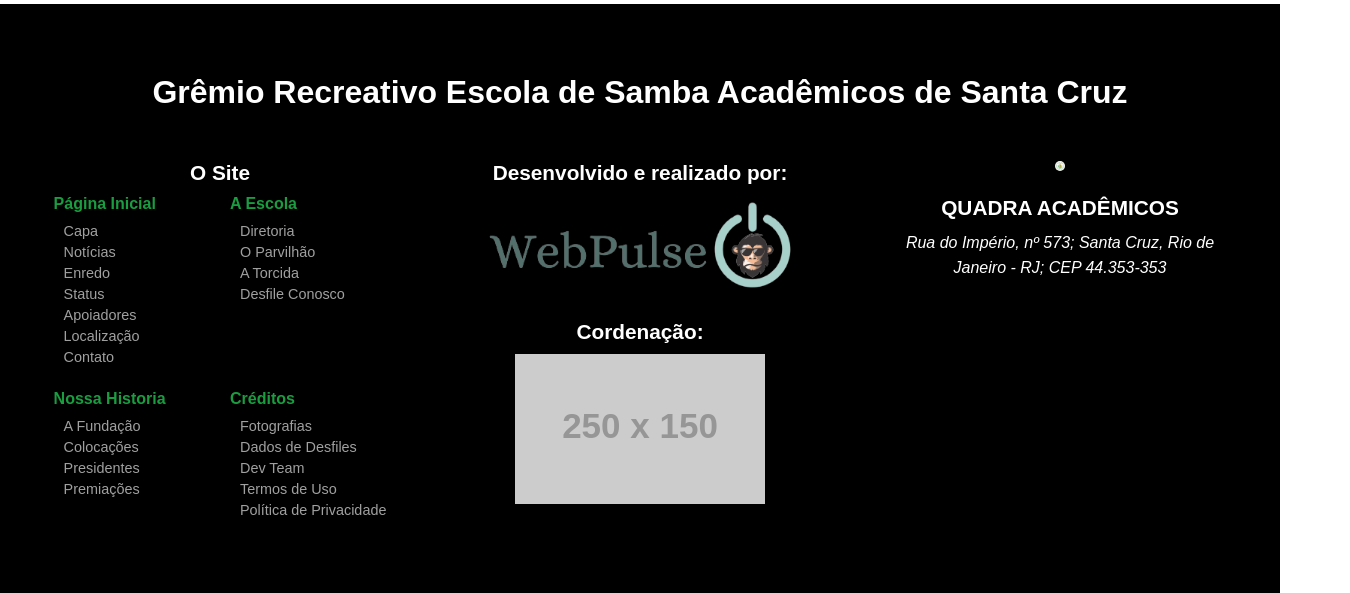
Repository: Lorsuz/gresasco
Page: index.html
The author's editor kept a copy of each file at every save. The page is drawn from the files as they stood at one save, then again after the next save.
The browser window is 1280 px wide. The page is 1350 px wide, so the pictures cover 1350 px, including what lies to the right of the window. The pictures show the part of the page from y = 3546 to 4139 px (the page is 4139 px tall).
Some web fonts or font styles are not loaded; a fallback is used. The style sheet was rebuilt from its Sass, Less or Tailwind sources for each picture, by a compiler version that may differ from the author's.

Above is the page before, as saved 2023-11-05 17:40:29.

### index.html
<!DOCTYPE html>
<html lang="en">
	<head>
		<meta charset="UTF-8">
		<meta name="viewport" content="width=device-width, initial-scale=1.0">
		<link rel="shortcut icon" href="/components/assets/images/logo - gresasc.jpg" type="image/x-icon">
		<title>Home</title>
		<link rel="stylesheet" href="/components/css/partials/header.css">
		<link rel="stylesheet" href="/components/css/index.css">
		<link rel="stylesheet" href="/components/css/partials/footer.css">
		<link rel="stylesheet" href="https://cdnjs.cloudflare.com/ajax/libs/font-awesome/6.4.2/css/all.min.css" integrity="sha512-z3gLpd7yknf1YoNbCzqRKc4qyor8gaKU1qmn+CShxbuBusANI9QpRohGBreCFkKxLhei6S9CQXFEbbKuqLg0DA==" crossorigin="anonymous" referrerpolicy="no-referrer" />
		<link rel="stylesheet" href="https://cdn.jsdelivr.net/npm/swiper@11/swiper-bundle.min.css" />
		<link rel="stylesheet" href="https://cdn.jsdelivr.net/npm/bootstrap-icons@1.11.1/font/bootstrap-icons.css">
	</head>
	<body>
		<header class="wrapper">
			<article class="nav-bar wrapper__container">
				<section class="logo">
					<img src="/components/assets/images/logo - gresasc.jpg" alt="">
				</section>
				<nav>
					<ul>
						<li><a href="#">Página Inicial</a></li>
						<li><a href="#">A Escola</a></li>
						<li><a href="#">Nossa Historia</a></li>
						<li><a href="#">Socio Torcedor</a></li>
						<li><a href="#">Créditos</a></li>
					</ul>
				</nav>
			</article>
		</header>
		<main class="">
			<section class="cover wrapper">
				<div class="wrapper__container">
					<div class="left">
						<div class="container">
							<h2>Grêmio Recreativo Escola de Samba</h2>
							<h1>Acadêmicos de Santa Cruz</h1>
							<p>Bem-vindos! Aqui o samba é vida, a cultura é paixão e a alegria é eterna. No coração de Santa Cruz,
								encontre a felicidade em cada batida de tambor. Feliz da vida é quem tem a Santa Cruz no coração.</p>
							<a href="/components/pages/not-found.html">Ir para Loja</a>
						</div>
					</div>
					<div class="right">
						<div class="img">
							<img src="/components/assets/images/logo - gresasc.jpg" alt="">
						</div>
						<ul class="social-links">
							<li>
								<a href="">
									<i class="fa-brands fa-instagram"></i>
								</a>
							</li>
							<li>
								<a href="">
									<i class="fa-brands fa-facebook"></i>
								</a>
							</li>
							<li>
								<a href="">
									<i class="fa-brands fa-youtube"></i>
								</a>
							</li>
							<li>
								<a href="">
									<i class="fa-brands fa-x-twitter"></i>
								</a>
							</li>
						</ul>
					</div>
				</div>
			</section>
			<article class="nav-info">
				<section class="contact">
					<div>
						<i class="fa-solid fa-phone"></i>
						<span>+55 (43) 9 3421-7348</span>
					</div>
					<div>
						<i class="fa-solid fa-envelope"></i>
						<span>gresasc@academicos.com</span>
					</div>
				</section>
				<p>Siga-nos e consiga a chance de ganhar 80% de desconto</p>
				<section class="social-network">
					<span>Redes Sociais:</span>
					<div>
						<a href=""><i class="fa-brands fa-twitter"></i></a>
						<a href=""><i class="fa-brands fa-instagram"></i></a>
						<a href=""><i class="fa-brands fa-youtube"></i></a>
						<a href=""><i class="fa-brands fa-facebook"></i></a>
					</div>
				</section>
			</article>
			<section class="banner">
				<div class="slides">
				</div>
				<div class="prev"></div>
				<div class="next"></div>
				<div class="pagination"></div>
				<div class="img"><img src="https://placehold.co/1350x700" alt=""></div>
			</section>
			<section class="plot wrapper">
				<div class="description">
					<h2>Enredo 2024</h2>
					<h1>As bruxas estão soltas!</h1>
					<p>O enredo "As Bruxas Estão Soltas!" celebra o poder feminino, explorando a manifestação das energias
						ancestrais através da Deusa Terra e dos quatro elementos da criação.
					</p>
					<p> A narrativa aborda a conexão entre passado e presente, destacando as mulheres que, ao longo da
						história,
						detinham conhecimentos medicinais e
						espirituais, mas foram perseguidas sob a acusação de bruxaria.
					</p>
					<p>O enredo também aborda a resistência dessas
						mulheres e sua contínua luta contra o machismo e a intolerância, honrando a força do sagrado feminino e
						a
						capacidade de voar além dos limites impostos, como estrelas brilhantes no céu.</p>
					<span>Iae, gostou? Para ter acesso a nossa sinopse completa basta baixar o PDF a baixo:</span>
					<button class="custom-button">Baixar Sinopse</button>
				</div>
				<div class="disc-cover">
					<img src="/components/assets/images/Plot/plot-2024.jpeg" alt="Logo Enredo-2024">
					<div class="icons">
						<button id="play-song">
							<i class="bi bi-play"></i>
						</button>
						<button id="pause-song">
							<i class="bi bi-pause"></i>
						</button>
					</div>
				</div>
			</section>
			<section class="sponsors">
				<h1>Patrocinadores e Apoiadores</h1>
				<div class="swiper">
					<div class="swiper-wrapper"></div>
					<div class="swiper-pagination"></div>
				</div>
			</section>
			<section class="details">
				<ul>
					<li>
						<h2>15</h2>
						<h3>Anos</h3>
					</li>
					<li>
						<h2>150K</h2>
						<h3>Membros</h3>
					</li>
					<li>
						<h2>15</h2>
						<h3>Trofeus</h3>
					</li>
					<li>vb
						<h2>100+</h2>
						<h3>Patrocinios</h3>
					</li>
				</ul>
			</section>
			<section class="map">
				<iframe src="https://www.google.com/maps/embed?pb=!1m18!1m12!1m3!1d3674.902216920123!2d-43.69324992558163!3d-22.916977238233624!2m3!1f0!2f0!3f0!3m2!1i1024!2i768!4f13.1!3m3!1m2!1s0x9bf7524c69eb5b%3A0xc5d324fb7fbbd336!2sR.%20do%20Imp%C3%A9rio%2C%20573%20-%20Santa%20Cruz%2C%20Rio%20de%20Janeiro%20-%20RJ%2C%2023555-024!5e0!3m2!1spt-BR!2sbr!4v1698871972883!5m2!1spt-BR!2sbr" width="600" height="450" style="border:0;" allowfullscreen="" loading="lazy" referrerpolicy="no-referrer-when-downgrade"></iframe>
			</section>
		</main>
		<footer>
			<h1>Grêmio Recreativo Escola de Samba Acadêmicos de Santa Cruz</h1>
			<section class="container wrapper">
				<article class="structure">
					<h2>O Site</h2>
					<ul>
						<li><a href="#">Página Inicial</a>
							<ul>
								<li><a href="">Capa</a></li>
								<li><a href="">Notícias</a></li>
								<li><a href="">Enredo</a></li>
								<li><a href="">Status</a></li>
								<li><a href="">Apoiadores</a></li>
								<li><a href="">Localização</a></li>
								<li><a href="">Contato</a></li>
							</ul>
						</li>
						<li><a href="#">A Escola</a>
							<ul>
								<li><a href="">Diretoria</a></li>
								<li><a href="">O Parvilhão</a></li>
								<li><a href="">A Torcida</a></li>
								<li><a href="">Desfile Conosco</a></li>
							</ul>
						</li>
						<li><a href="#">Nossa Historia</a>
							<ul>
								<li><a href="">A Fundação</a></li>
								<li><a href="">Colocações</a></li>
								<li><a href="">Presidentes</a></li>
								<li><a href="">Premiações</a></li>
							</ul>

						</li>
						<li><a href="#">Créditos</a>
							<ul>
								<li><a href="">Fotografias</a></li>
								<li><a href="">Dados de Desfiles</a></li>
								<li><a href="">Dev Team</a></li>
								<li><a href="">Termos de Uso</a></li>
								<li><a href="">Política de Privacidade</a></li>
							</ul>
						</li>
				</article>
				<article class="dev">
					<h2>Desenvolvido e realizado por:</h2>
					<div class="img"><img src="/components/assets/images/Logo/webpulse sem bg.png" alt="Logo do Desenvolvedor"></div>
					<h2>Cordenação:</h2>
					<img src="https://placehold.co/250x150" alt="Logo da Cordenação">
				</article>
				<article class="address">
					<img src="/components/assets/images/Logo/santa-cruz-logo-removebg-preview.png" alt="Logo da escola">
					<h2>QUADRA ACADÊMICOS</h2>
					<address>Rua do Império, nº 573; Santa Cruz, Rio de Janeiro - RJ; CEP 44.353-353</address>
				</article>
			</section>
		</footer>
		<script type="module" src="/components/js/index.js" deffer></script>
		<script src="https://cdn.jsdelivr.net/npm/swiper@11/swiper-bundle.min.js" deffer></script>
	</body>
</html>

### components/js/index.js
import './APIs/Sponsors.js';

### components/js/APIs/Sponsors.js
import sponsors from '../functions/Swiper.js';

const container = document.querySelector( '.sponsors .swiper-wrapper' );

fetch( "components/json/data.json" ).then( ( response ) => {
	response.json().then( ( data ) => {
		data.sponsors.map( ( obj ) => {
			container.innerHTML +=
				`
				<div class="swiper-slide">
				<img
					src="${ obj.image }"
					alt="${ obj.alt }">
				</div>
				`;
		} );
		sponsors();
	} );
} );

### components/js/functions/Swiper.js
import SwiperConfigSponsors from "../classes/SwiperConfigSponsors.js";

function sponsors() {
	return new Swiper('.sponsors .swiper', SwiperConfigSponsors);
}

export default sponsors

### components/js/classes/SwiperConfigSponsors.js
const SwiperConfigSponsors = {
	direction: 'horizontal',
	loop: true,
	slidesPerView: 1,
	grabCursor: true,
	autoplay: {
		delay: 2500,
		disableOnInteraction: false,
	},
	pagination: {
		el: '.swiper-pagination',
		clickable: true,
	},
	navigation: {
		nextEl: '.swiper-button-next',
		prevEl: '.swiper-button-prev',
	},
	scrollbar: {
		el: '.swiper-scrollbar',
	},
	mousewheel: {
		forceToAxis: true,
	},
	breakpoints: {
		740: {
			slidesPerView: 2,
		},
		1024: {
			slidesPerView: 3,
		},
	},
};

export default SwiperConfigSponsors;

### components/json/data.json
{
	"sponsors": [
		{
			"image": "https://upload.wikimedia.org/wikipedia/commons/thumb/c/ce/Coca-Cola_logo.svg/2560px-Coca-Cola_logo.svg.png",
			"alt": ""
		},
		{
			"image": "https://upload.wikimedia.org/wikipedia/commons/thumb/e/e9/Pepsi_logo_2008.svg/2560px-Pepsi_logo_2008.svg.png",
			"alt": ""
		},
		{
			"image": "https://1000logos.net/wp-content/uploads/2017/03/McDonalds-Logo-1953.png",
			"alt": ""
		},
		{
			"image": "https://responseservices.net/public/uploads/employer/JOBPORTAL-1639545744.png",
			"alt": ""
		},
		{
			"image": "https://seeklogo.com/images/C/Corinthians_Bras_and__227_o-logo-E92E44B595-seeklogo.com.png",
			"alt": ""
		},
		{
			"image": "https://upload.wikimedia.org/wikipedia/commons/thumb/6/6f/Brasao_do_Sao_Paulo_Futebol_Clube.svg/2054px-Brasao_do_Sao_Paulo_Futebol_Clube.svg.png",
			"alt": ""
		},
		{
			"image": "/components/assets/images/Sponsors/La-Dame-Femme.png",
			"alt": ""
		}
	]
}

### components/sass/partials/header.scss
@import url("./global.css");

header {
	* {
		color: rgb(218, 218, 218);
	}

	.nav-bar {
		display: flex;
		justify-content: space-between;
		align-items: center;

		section {
			height: 70px;

			&.logo {
				display: flex;
				align-items: center;
				justify-content: center;

				img {
					width: 60px;
					margin-right: 15px;
				}

				span {
					font-size: 2rem;
					color: var(--color-text-soft);
					font-weight: bold;
				}
			}

		}

		nav {
			display: flex;

			ul {
				display: flex;

				li {
					margin: 0 20px;

					a {
						color: var(--color-text-soft);
						font-weight: bold;
						position: relative;

						&::after {
							content: "";
							width: 0%;
							position: absolute;
							height: 3px;
							background: var(--color-primary-soft);
							top: 100%;
							left: 0;
							transition: 300ms ease-in-out;
							transform-origin: right;
						}

						&:hover::after {
							width: 100%;
						}
					}
				}
			}

		}
	}
}

### components/sass/index.scss
@import url("./partials/global.css");

main {

	.cover {
		height: 85vh;

		> div {
			align-items: center;
			display: flex;
			justify-content: space-between;

			> div {

				&.left {
					width: 50%;

					.container {
						h2 {
							color: var(--color-primary-soft);
							font-family: wedding;
							font-size: 2.5rem;
						}

						h1 {
							color: var(--color-primary-soft);
							font-family: wedding;
							font-size: 3.9rem;
							margin-bottom: 20px;
						}

						p {
							color: var(--color-text-soft);
							font-size: 1.1rem;
							margin-bottom: 50px;
						}

						a {
							background: var(--color-primary-soft);
							border-radius: 10px 0;
							color: var(--color-white);
							display: inline-block;
							font-weight: bold;
							padding: 10px 50px;

							&:hover {
								background: var(--color-primary);
								border-radius: 0px 10px;
							}
						}
					}
				}

				&.right {
					width: 40%;

					.img {
						align-items: center;
						display: flex;
						justify-content: center;
						margin-bottom: 0px;

						img {
							width: 450px;
						}
					}

					.social-links {
						display: flex;
						justify-content: center;

						li {
							margin: 0 10px;
							position: relative;
							top: 0;

							a {
								i {
									font-size: 2.4rem;
									color: var(--color-text-soft);

								}
							}

							&:hover {
								top: -5px;

								a {
									i {
										color: var(--color-primary-soft);

									}


								}
							}

						}
					}
				}
			}
		}
	}

	.nav-info {
		background: var(--color-primary);
		display: flex;
		justify-content: space-between;
		align-items: center;
		height: 40px;
		padding: 0 2%;
		grid-column: 1 / 13;

		* {

			color: #fff;
		}


		> p {
			cursor: pointer;
			font-size: 0.8rem;


			&:hover {
				color: white;
			}
		}

		section {
			display: flex;

			&.contact {
				div {
					display: flex;
					align-items: center;
					margin-right: 30px;
					cursor: pointer;

					i {
						margin-right: 5px;
					}

					span {
						font-size: 0.8rem;
					}

					&:hover {

						i,
						span {
							color: white;

						}
					}
				}
			}

			&.social-network {
				display: flex;
				align-items: center;
				justify-content: center;

				span {
					margin-right: 15px;
					font-size: 0.8rem;

				}

				a {
					margin: 0 3px;

					i {
						font-size: 1.2rem;
					}

					&:hover {
						i {
							color: white;
							cursor: pointer;

						}
					}
				}
			}
		}
	}

	.plot {
		align-items: center;
		min-height: 100vh ;


		.description {
			grid-column: 2/7;

			h2 {
				font-size: 2rem;
				color: var(--color-primary);
			}

			h1 {
				margin-bottom: 20px;
				font-size: 2.5rem;
				color: var(--color-text);
			}

			p {
				color: var(--color-text-soft);
				text-align: justify;
				margin-bottom: 10px;
			}

			span {
				margin-top: 30px;
				margin-bottom: 20px;
				display: block;
				color: var(--color-text);
			}

			button {
				display: block;
			}
		}

		.disc-cover {
			grid-column: 8/13;
			display: flex;
			justify-content: center;
			align-items: center;
			position: relative;
			width: 500px;
			box-shadow: -10px -10px 10px 0 #fff, 10px 10px 10px 0 rgba(0, 0, 0, 0.600);
			height: 400px;
			overflow: hidden;
			border-radius: 6px;


			img {
				display: flex;
				justify-content: center;
				align-items: center;
				width: 100%;
				height: 100%;
				object-fit: cover;
			}

			.icons {
				align-items: center;
				background: rgba(0, 0, 0, 0.6);
				border-radius: 6px;
				display: flex;
				height: 100%;
				justify-content: center;
				left: 0;
				opacity: 0;
				position: absolute;
				top: 0;
				transition: 300ms;
				width: 100%;


				button {
					align-items: center;
					border-radius: 50%;
					border: 3px solid transparent;
					cursor: pointer;
					display: flex;
					height: 80px;
					justify-content: center;
					transition: 300ms;
					width: 80px;
					background: #000;


					i {
						color: white;
						font-size: 4rem;
					}

					&#play-song {
						padding-left: 8px;
					}

					&#pause-song {
						display: none;
					}

					&:hover {
						border: 3px solid white;
					}
				}
			}


			&:hover .icons {
				opacity: 1;
			}


		}

	}

	.sponsors {
		padding: 50px 0;
		height: 500px;

		h1 {
			font-size: 2rem;
			text-align: center;
			text-transform: uppercase;
			font-family: Poppins, sans-serif;
			color: var(--color-text);

		}

		.swiper {
			.swiper-wrapper {
				height: 300px;

				.swiper-slide {
					display: flex;
					align-items: center;
					justify-content: center;
					overflow: hidden;
					border-radius: 5px;

					img {
						width: 350px;
						height: 200px;
						object-fit: scale-down;
					}
				}
			}

			.swiper-button-prev {}

			.swiper-button-next {}

			.swiper-pagination {
				.swiper-pagination-bullet {
					background: var(--color-primary);
				}
			}

			.scrollbar {}

		}
	}
	.details{
		display: flex;
		justify-content: center;
		align-items: center;
		min-height: 400px;
		ul{
			display: flex;
			li{
				padding: 40px;
				h2{
					font-size: 5rem;
					color: var(--color-text);
					text-align: center;
				}
				h3{
					color: var(--color-text-soft);
					text-align: center;

				}
			}
		}
	}
	.map{
		iframe{
			width: 100%;
			height: 500px;
		}
	}
}

### components/sass/partials/footer.scss
@import url('./global.css');

footer {
	background: #000;
	padding: 70px 20px;

	* {
		color: #fff;
	}

	h1 {
		text-align: center;
		margin-bottom: 50px;
	}

	.container {
		grid-template-columns: repeat(3, 1fr);
		gap: 20px;


		article {
			display: flex;
			flex-direction: column;
			align-items: center;

			h2 {
				font-size: 1.3rem;
				margin-bottom: 10px;
			}

			img {
				width: 250px;
			}

			&.structure {
				grid-column: 1fr;

				> ul {
					display: grid;
					grid-template-columns: 1fr 1fr;
					justify-content: center;
					gap: 20px;

					> li {
						display: inline-block;
						grid-column: 1fr;

						> a {
							color: var(--color-primary-soft);
							font-size: 1rem;
							display: block;
							margin-bottom: 10px;
							font-weight: bold;

							&:hover {
								color: var(--color-primary);
								text-decoration: underline;

							}
						}

						> ul {
							> li {
								padding-left: 10px;

								> a {
									color: var(--color-gray);
									font-size: 0.9rem;
									margin-bottom: 5px;
									display: block;

									&:hover {
										color: var(--color-white);
										text-decoration: underline;
									}
								}
							}
						}
					}
				}
			}

			&.dev {
				grid-column: 1fr;

				.img {
					overflow: hidden;
					display: flex;
					align-items: center;
					justify-content: center;
					width: 305px;
					height: 100px;
					position: relative;
					margin-bottom: 25px;



					img {
						width: 500px;
						position: absolute;
						// clip-path: polygon(19% 30%, 81% 30%, 81% 70%, 19% 70%);
					}
				}

			}

			&.address {
				grid-column: 1fr;

				img {
					border-radius: 50%;
					margin-bottom: 25px;
					background: #fff;
					width: 10px;
				}

				address {
					text-align: center;
					width: 80%;
					line-height: 25px;
				}

			}
		}
	}
}

### components/sass/partials/global.scss
@import url("https://fonts.googleapis.com/css2?family=Clicker+Script&display=swap");
@import url('https://fonts.googleapis.com/css2?family=Poppins:ital,wght@0,100;0,200;0,300;0,400;0,500;0,600;0,700;0,800;0,900;1,100;1,200;1,300;1,400;1,500;1,600;1,700;1,800;1,900&display=swap');

@font-face {
	font-family: wedding;
	src: url("/components/assets/fonts/Wedding\ Text\ Std\ Regular.otf");
}

@font-face {
	font-family: Poppins;
	src: url("https://fonts.googleapis.com/css2?family=Poppins:ital,wght@0,100;0,200;0,300;0,400;0,500;0,600;0,700;0,800;0,900;1,100;1,200;1,300;1,400;1,500;1,600;1,700;1,800;1,900&display=swap");
}

// @import "./animations/@keyframes.css";

:root {

	--color-primary: #008025;
	--color-black: #000000;
	--color-white: #ffffff;
	--color-gray: #a0a0a0;
	--color-text: #302e4d;

	--color-primary-soft: #1a9d40;
	--color-black-soft: #252525;
	--color-white-soft: #f2f2fc;
	--color-gray-soft: #e8dfec;
	--color-text-soft: #504e70;
}

button {
	cursor: pointer;

	* {
		cursor: pointer;
	}

	i {
		color: var(--color-primary);
		font-size: 25px;
		transition: transform 500ms ease-in-out;
	}
}

* {
	margin: 0;
	padding: 0;
	outline: none;
	border: none;
	text-decoration: none;
	box-sizing: border-box;
	list-style: none;
	font-family: "Poppins", sans-serif;
	font-family: Arial, Helvetica, sans-serif;
	transition: 300ms ease-in-out;
	// outline: 1px dotted var(--color-black-soft);
	color: var(--color-black-soft);
	background: transparent;
}

body {
	width: 100hw;
	overflow-x: hidden;

	&::-webkit-scrollbar {
		width: 5px;
	}

	&::-webkit-scrollbar-track {
		background: var(--background-middle);
	}

	&::-webkit-scrollbar-thumb {
		background: var(--color-primary);
		border-radius: 10px;
	}
}

main {
	min-height: 100vh;

	> section {
		// height: 100vh;
	}
}

.wrapper {
	display: grid;
	grid-template-columns: repeat(12, 1fr);

	.wrapper__container {
		grid-column: 2 / 12;
	}
}

.custom-button {
	display: inline-block;
	padding: 10px 50px;
	background: var(--color-primary-soft);
	color: var(--color-white);
	font-weight: bold;
	border-radius: 10px 0;
	font-size: 1.1rem;

	&:hover {
		background: var(--color-primary);
		border-radius: 0px 10px;
	}
}

After the next save:
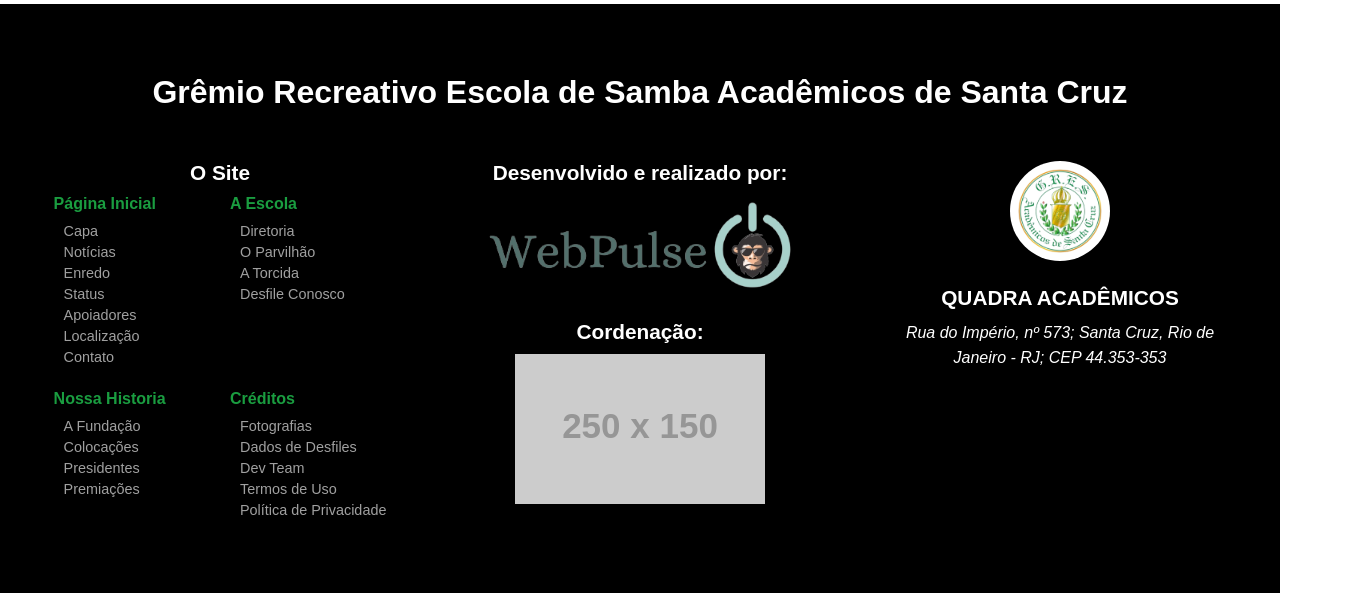
Saved 15 s later.
--- a/components/sass/partials/footer.scss
+++ b/components/sass/partials/footer.scss
@@ -111,7 +111,7 @@ footer {
 					border-radius: 50%;
 					margin-bottom: 25px;
 					background: #fff;
-					width: 10px;
+					width: 100px;
 				}
 
 				address {
